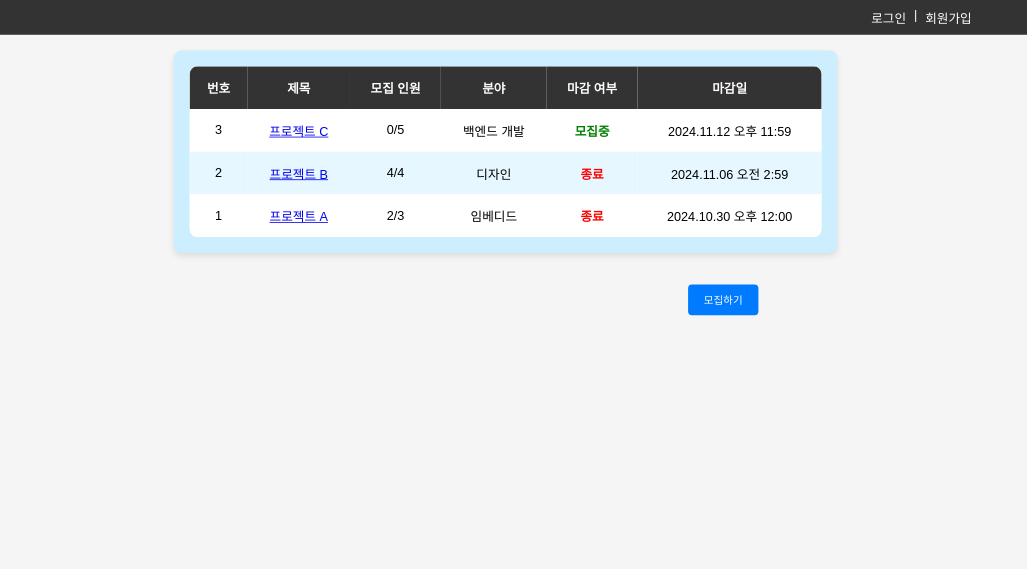
Repository: TUK-WEBSERIVCE/tuk-team-gem
Page: tuk-team-gem/src/main/webapp/main/mainPage.html
These files come from the project's save history. The page is drawn as it stood at one moment and after the next save; the edit follows.
The browser window is 1280 px wide. The page is 1300 px wide, so the pictures cover 1300 px, including what lies to the right of the window. The pictures show the whole page, at 79% of full size.

Above is the page before, as saved 2024-11-13 13:00:20.

After the next save:
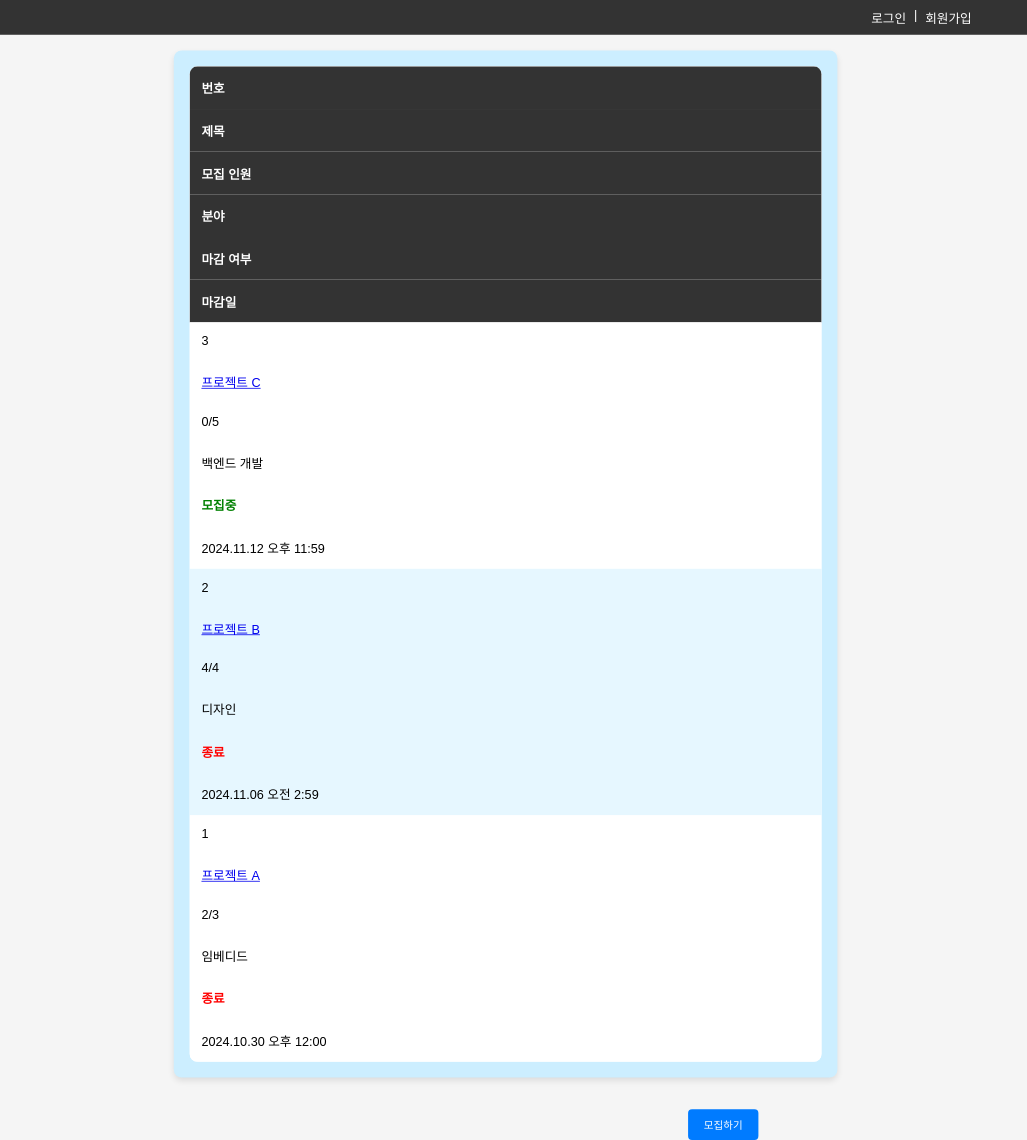
Saved 117 s later.
--- a/tuk-team-gem/src/main/webapp/main/mainPage.html
+++ b/tuk-team-gem/src/main/webapp/main/mainPage.html
@@ -51,6 +51,9 @@
         th, td {
             padding: 15px;
             text-align: center;
+            display: flex;
+
+        	text-decoration: none;
         }
 
         th {
@@ -60,7 +63,6 @@
 
         td {
         	color: black;
-        	text-decoration: none;
         }
 
         tr:nth-child(even) {

After the save that followed:
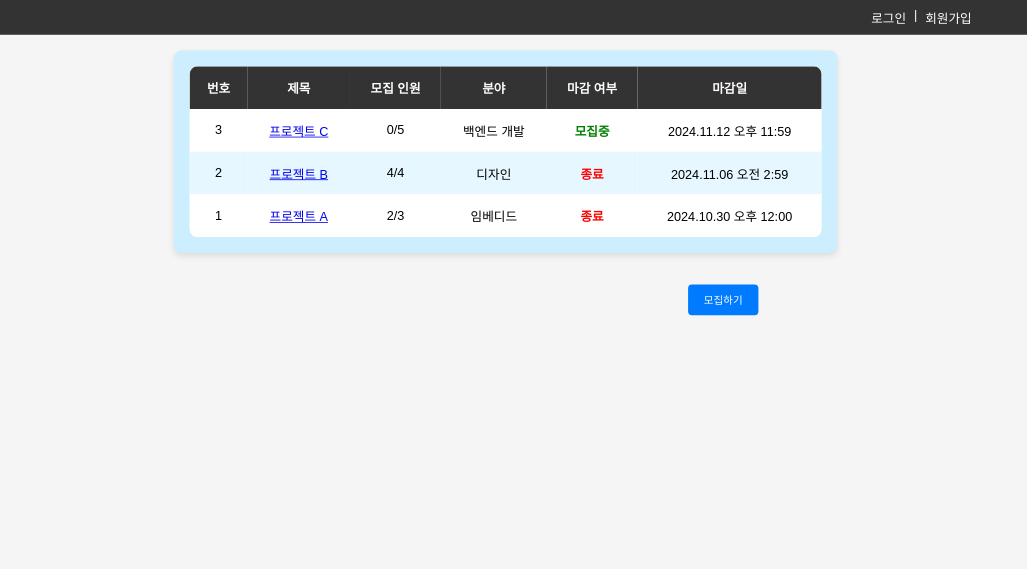
Saved 35 s later.
--- a/tuk-team-gem/src/main/webapp/main/mainPage.html
+++ b/tuk-team-gem/src/main/webapp/main/mainPage.html
@@ -51,9 +51,6 @@
         th, td {
             padding: 15px;
             text-align: center;
-            display: flex;
-
-        	text-decoration: none;
         }
 
         th {
